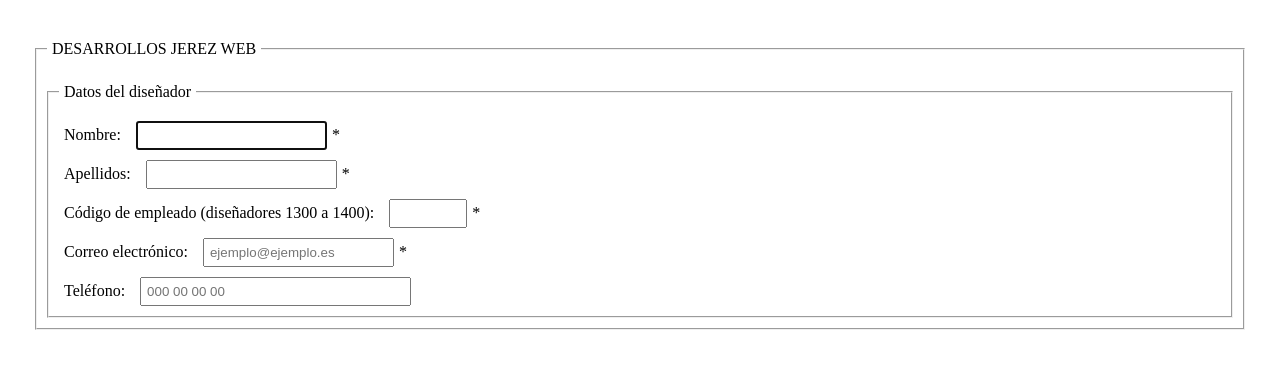
Repository: iSaan86/EV_Practica_FormularioCSS
Page: index.html
The author's editor kept a copy of each file at every save. The page is drawn from the files as they stood at one save, then again after the next save.
The browser window is 1280 px wide. The pictures show the whole page.

Above is the page before, as saved 2024-01-11 16:41:24.

After the next save:
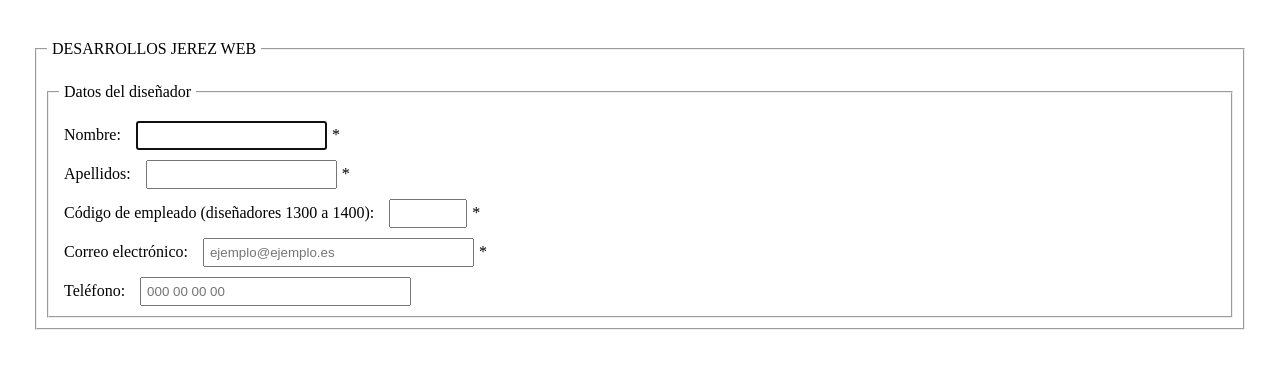
Saved 27 s later.
--- a/index.html
+++ b/index.html
@@ -22,8 +22,8 @@
                 <label for="nombre">Nombre:</label><input type="text" id="nombre" name="nombre" alt="indique su nombre"  autofocus required minlength="2" maxlength="50">*<br>
                 <label for="apellidos">Apellidos:</label><input type="text" id="apellidos" name="apellidos" alt="indique sus apellidos" required minlength="2" maxlength="50">*<br>
                 <label for="codigo">Código de empleado (diseñadores 1300 a 1400):</label><input type="number" id="codigo" name="codigo" alt="indique su código de empleado" required min="1300" max="1400">*<br>
-                <label for="email">Correo electrónico:</label><input type="email" id="email" name="email" alt="indique su email" placeholder="ejemplo@ejemplo.es" required>*<br>
-                <label for="telefono">Teléfono:</label><input type="tel" id="telefono" size="30%" name="telefono"
+                <label for="email">Correo electrónico:</label><input type="email" id="email" name="email" size="30%" alt="indique su email" placeholder="ejemplo@ejemplo.es" required>*<br>
+                <label for="telefono">Teléfono:</label><input type="tel" id="telefono"  name="telefono" size="30%"
                 alt="indique su telefono" placeholder="000 00 00 00" pattern="[0-9]{3} [0-9]{2} [0-9]{2} [0-9]{2}"><br>
             </fieldset>
 
